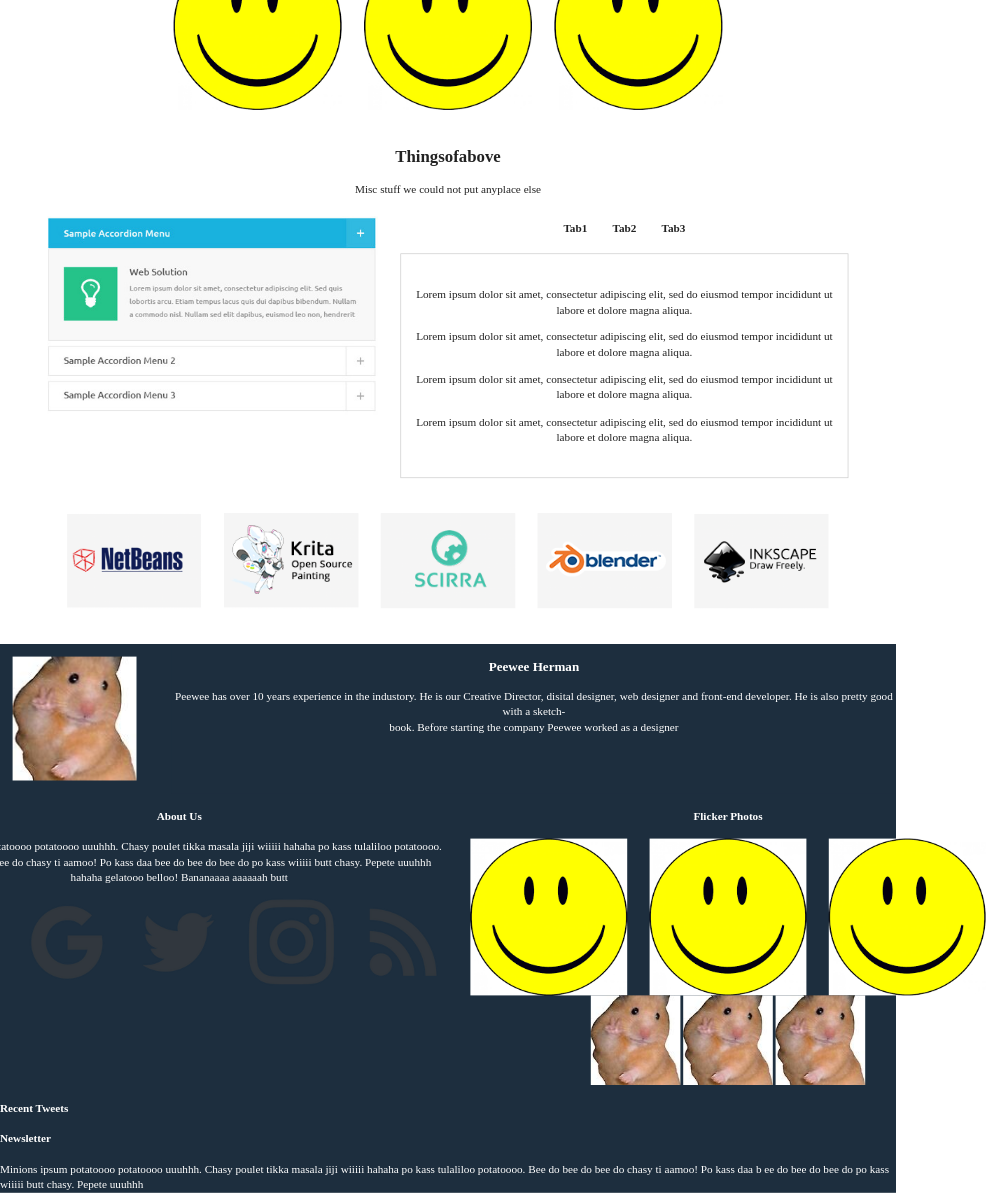
Repository: KanaKimishima/project1-responsive
Page: index.html
These files come from the project's save history. The page is drawn as it stood at one moment and after the next save; the edit follows.
The browser window is 1280 px wide. The page is 1408 px wide, then 1280 px, then 1408 px, so the pictures cover 1408 px, including what lies to the right of the window. The pictures show the part of the page from y = 2050 to 3770 px (the page is 3770 px tall), at 70% of full size.

Above is the page before, as saved 2023-02-06 22:36:36.

After the next save:
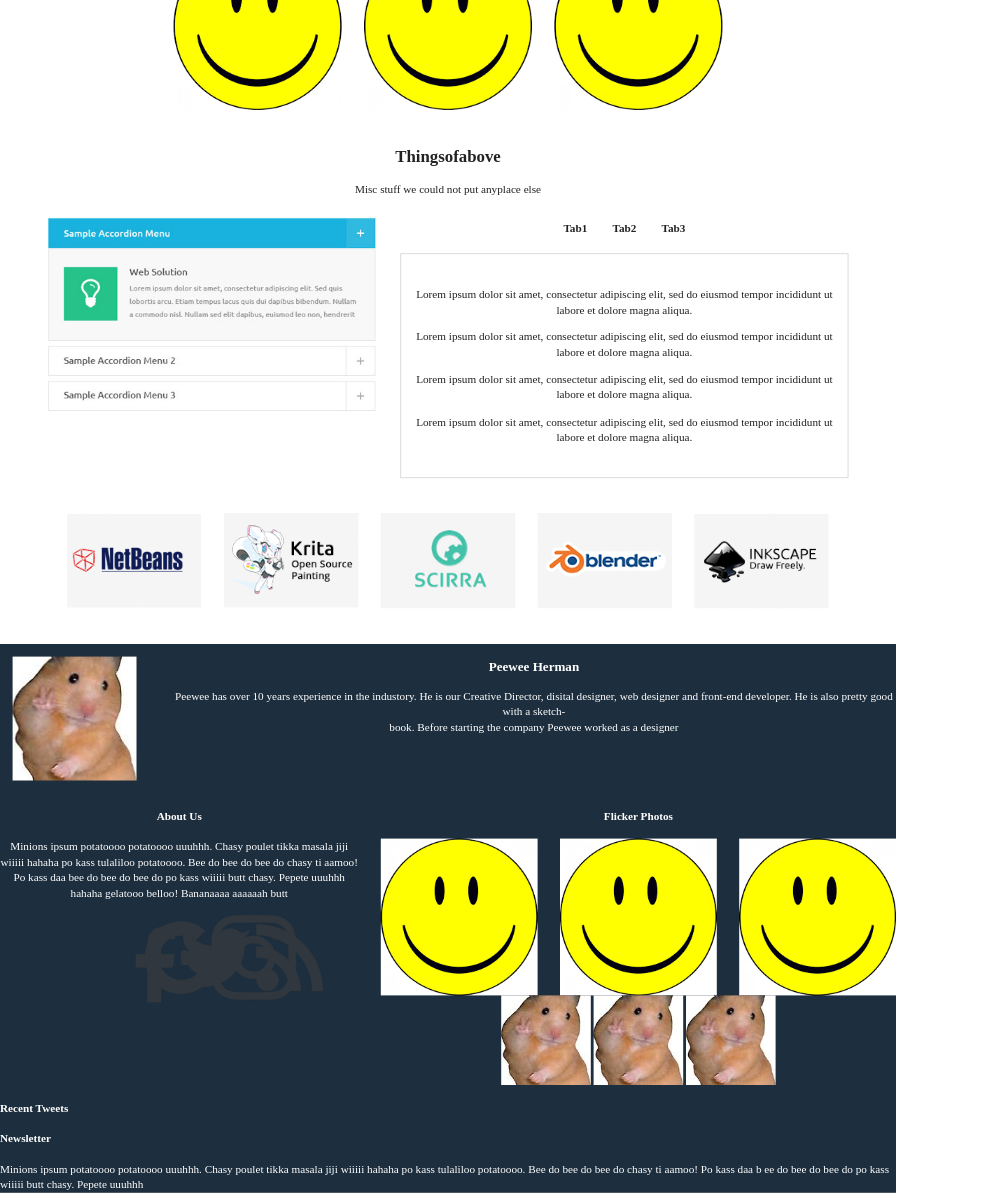
Saved 9 s later.
--- a/css/main.css
+++ b/css/main.css
@@ -185,7 +185,7 @@
 
 .sns-icons li {
   list-style:none;
-  width: 20%;
+  width: 20px;
 }
 
 

After the 3 saves that followed:
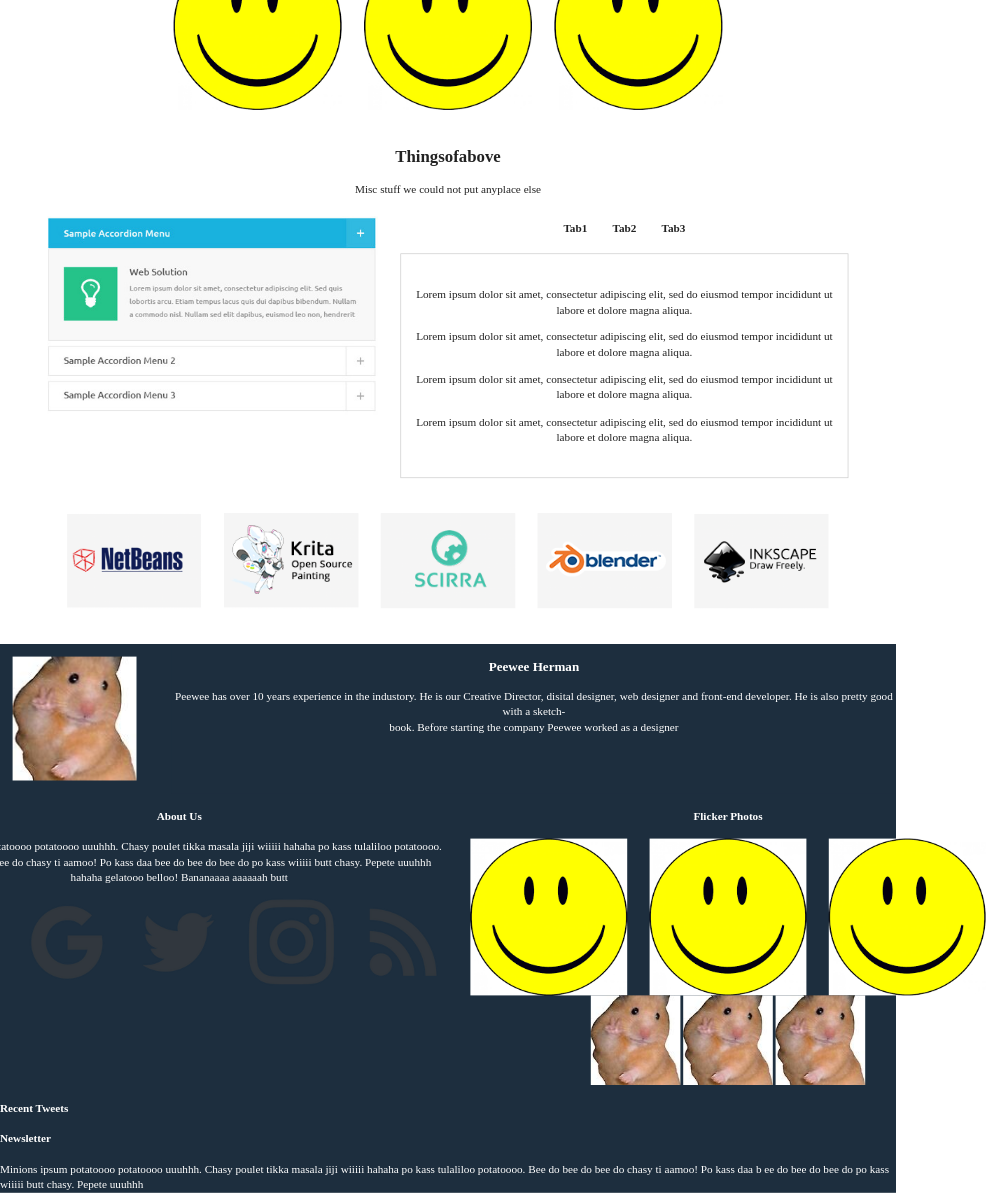
The 3 saves are shown as one change because they came seconds apart.
The last was saved 11 s later.
--- a/css/main.css
+++ b/css/main.css
@@ -185,8 +185,9 @@
 
 .sns-icons li {
   list-style:none;
-  width: 20px;
-}
+}
+
+
 
 
 /** about section ends **/
